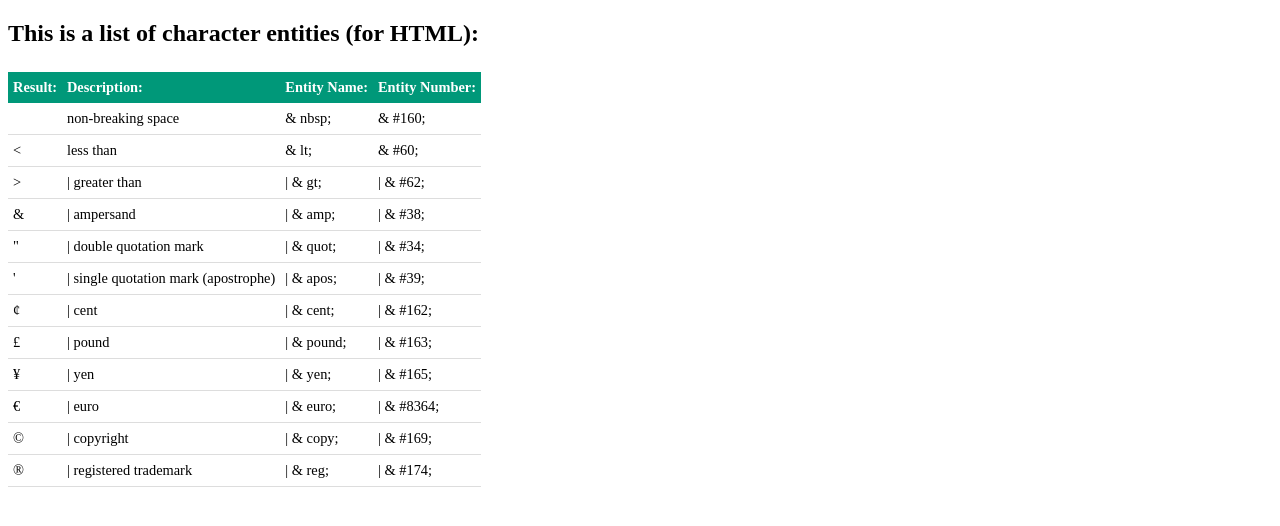
Repository: linas-dev/HTML-CSS-Projects
Page: Basic_HTML_and_CSS/Basic_HTML_5.html
An editor plug-in stored every save of this project. The page is shown before and after the next save, followed by the edit.
The browser window is 1280 px wide. The pictures show the whole page.

Above is the page before, as saved 2021-05-30 11:13:29.

After the next save:
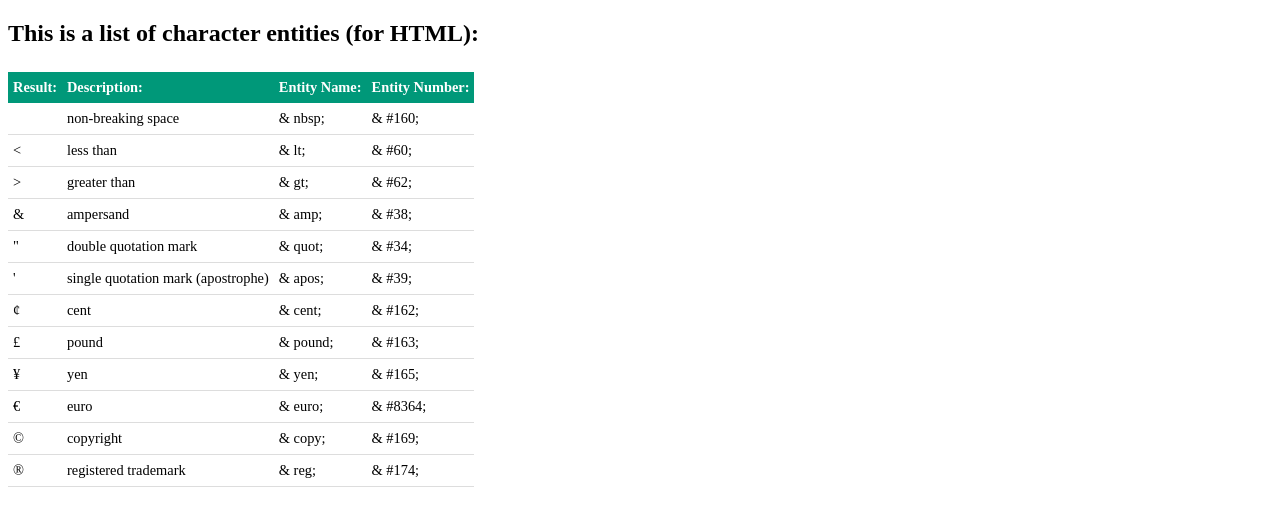
Saved 64 s later.
--- a/Basic_HTML_and_CSS/Basic_HTML_5.html
+++ b/Basic_HTML_and_CSS/Basic_HTML_5.html
@@ -33,63 +33,63 @@
             </tr>
             <tr>
                 <td>></td>
-                <td>| greater than</td>
-                <td>| & gt;</td>
-                <td>| & #62;</td>
+                <td> greater than</td>
+                <td> & gt;</td>
+                <td> & #62;</td>
             </tr>
             <tr>
                 <td>&</td>
-                <td>| ampersand</td>
-                <td>| & amp;</td>
-                <td>| & #38;</td>
+                <td> ampersand</td>
+                <td> & amp;</td>
+                <td> & #38;</td>
             </tr>
             <tr>
                 <td>"</td>
-                <td>| double quotation mark</td>
-                <td>| & quot;</td>
-                <td>| & #34;</td>
+                <td> double quotation mark</td>
+                <td> & quot;</td>
+                <td> & #34;</td>
             </tr>
             <tr>
                 <td>'</td>
-                <td>| single quotation mark (apostrophe)</td>
-                <td>| & apos;</td>
-                <td>| & #39;</td>
+                <td> single quotation mark (apostrophe)</td>
+                <td> & apos;</td>
+                <td> & #39;</td>
             </tr>
             <tr>
                 <td>¢</td>
-                <td>| cent</td>
-                <td>| & cent;</td>
-                <td>| & #162;</td>
+                <td> cent</td>
+                <td> & cent;</td>
+                <td> & #162;</td>
             </tr>
             <tr>
                 <td>£</td>
-                <td>| pound</td>
-                <td>| & pound;</td>
-                <td>| & #163;</td>
+                <td> pound</td>
+                <td> & pound;</td>
+                <td> & #163;</td>
             </tr>
             <tr>
                 <td>¥</td>
-                <td>| yen</td>
-                <td>| & yen;</td>
-                <td>| & #165;</td>
+                <td> yen</td>
+                <td> & yen;</td>
+                <td> & #165;</td>
             </tr>
             <tr>
                 <td>€</td>
-                <td>| euro</td>
-                <td>| & euro;</td>
-                <td>| & #8364;</td>
+                <td> euro</td>
+                <td> & euro;</td>
+                <td> & #8364;</td>
             </tr>
             <tr>
                 <td>©</td>
-                <td>| copyright</td>
-                <td>| & copy;</td>
-                <td>| & #169;</td>
+                <td> copyright</td>
+                <td> & copy;</td>
+                <td> & #169;</td>
             </tr>
             <tr>
                 <td>®</td>
-                <td>| registered trademark</td>
-                <td>| & reg;</td>
-                <td>| & #174;</td>
+                <td> registered trademark</td>
+                <td> & reg;</td>
+                <td> & #174;</td>
             </tr>
         </tbody>
     </table>
